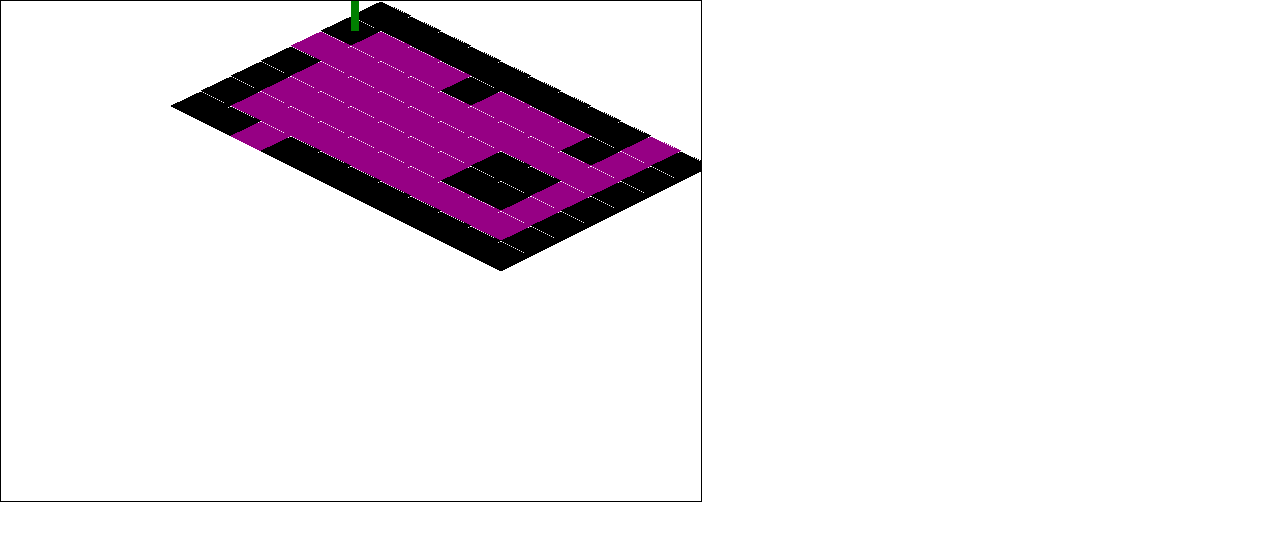
Repository: HenrikGabrielsson/IsometricTest
Page: index.html
The author's editor kept a record of every edit. The page is drawn from the files as they stood at one moment, then again after the next edit.
The browser window is 1280 px wide. The pictures show the whole page.

Above is the page before.

After the next edit:
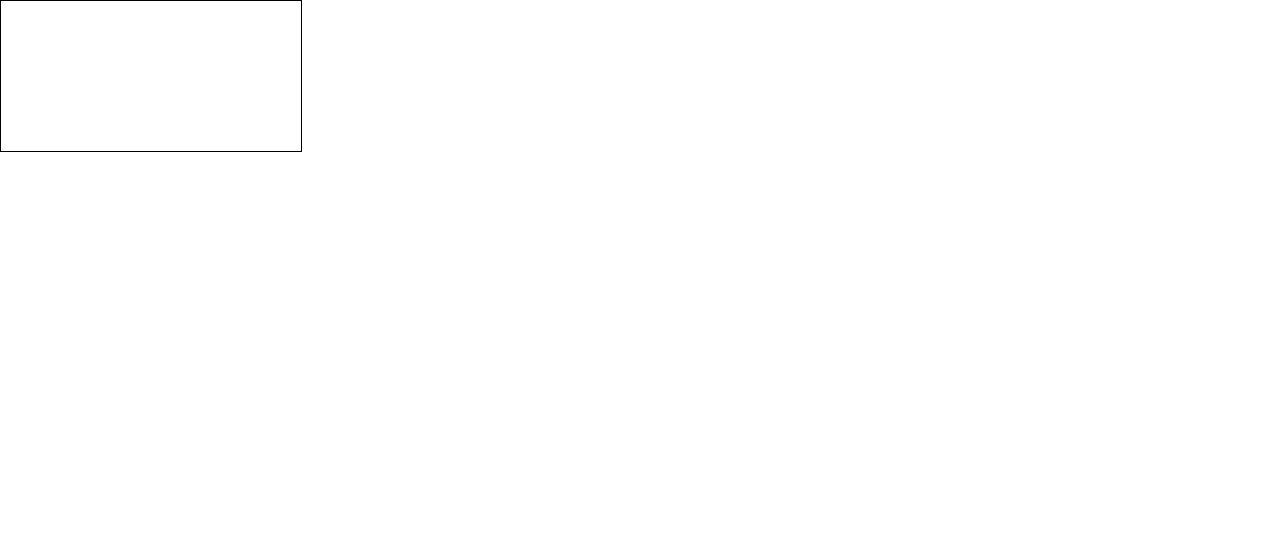
Console error: SyntaxError: Unexpected token 'var'
The edit:
--- a/script.js
+++ b/script.js
@@ -59,8 +59,8 @@
 
     var dudeX = 10;
     var dudeY = 0;
-    var dudeIsoX = dudeCanvas.width/2
-    var dudeIsoY = 0
+    var dudeIsoX = dudeCanvas.width/2 +
+    var dudeIsoY = dudeY - dudeHeight
 
 
     dudeContext.fillStyle ="green"

After the edit that followed:
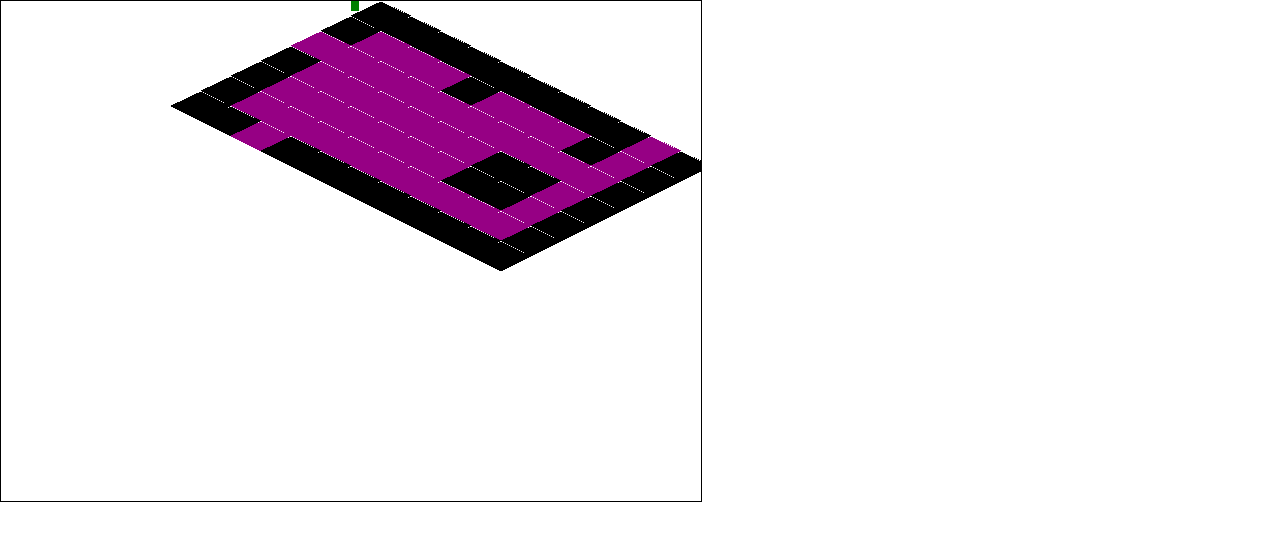
The error is gone.
The edit:
--- a/script.js
+++ b/script.js
@@ -58,8 +58,8 @@
     var dudeHeight = 30;
 
     var dudeX = 10;
-    var dudeY = 0;
-    var dudeIsoX = dudeCanvas.width/2 +
+    var dudeY = 10;
+    var dudeIsoX = dudeCanvas.width/2
     var dudeIsoY = dudeY - dudeHeight
 
 
